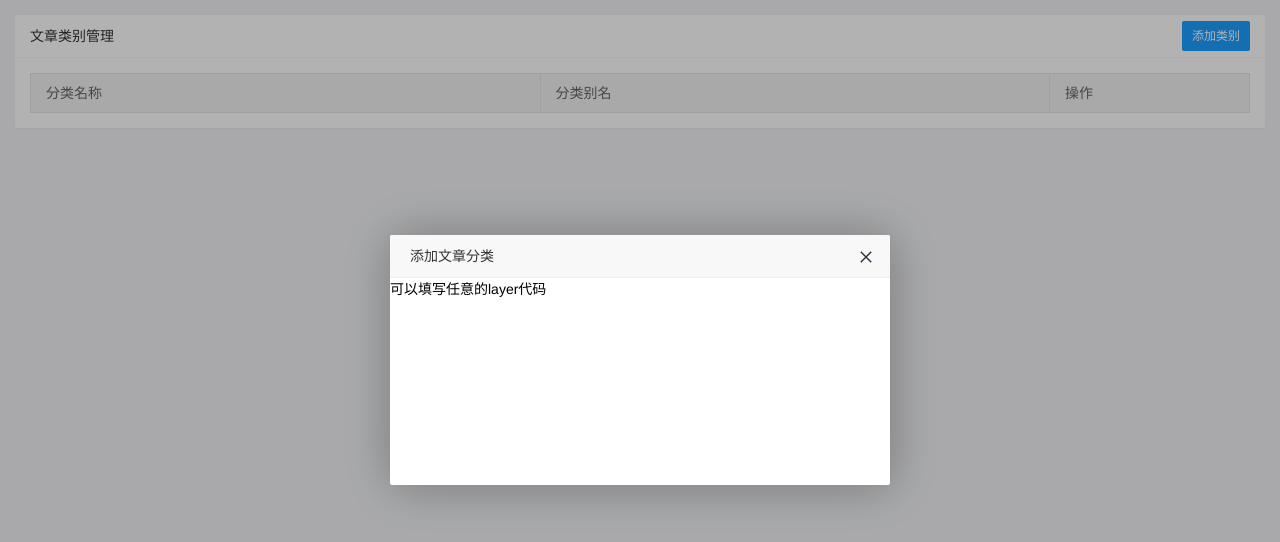
Repository: Janshen111/web_bigevent
Page: article/art_cate.html
The author's editor kept a copy of each file at every save. The page is drawn from the files as they stood at one save, then again after the next save.
The browser window is 1280 px wide. The pictures show the whole page.
After loading, the first visible `#btnAddCate` was clicked once.
The page's requests for data from a server got no answer.

Above is the page before, as saved 2022-09-01 14:53:49.
Console error: TypeError: Cannot read properties of undefined (reading 'status')

### article/art_cate.html
<!DOCTYPE html>
<html lang="en">

<head>
    <meta charset="UTF-8">
    <meta http-equiv="X-UA-Compatible" content="IE=edge">
    <meta name="viewport" content="width=device-width, initial-scale=1.0">
    <title>Document</title>
    <link rel="stylesheet" href="/assets/lib/layui/css/layui.css">
    <link rel="stylesheet" href="/assets/css/article/art_cate.css">
</head>

<body>
    <!-- 卡片面板 -->
    <div class="layui-card">
        <div class="layui-card-header">
            <span>文章类别管理</span>
            <button type="button" id="btnAddCate" class="layui-btn layui-btn-normal  layui-btn-sm">添加类别</button>
        </div>
        <div class="layui-card-body">
            <table class="layui-table">
                <!-- 调节宽度 前两个col 自适应 第三个col 200宽度 -->
                <colgroup>
                    <col>
                    <col>
                    <col width="200">
                </colgroup>
                <thead>
                    <tr>
                        <th>分类名称</th>
                        <th>分类别名</th>
                        <th>操作</th>
                    </tr>
                </thead>
                <tbody>
                    <!-- 删掉假数据 -->
                </tbody>
            </table>
        </div>
    </div>
    <!-- 表格数据的模板 -->
    <script type="text/html" id="tpl-table">
        {{each data}}
        <tr>
            <td>{{$value.name}}</td>
            <td>{{$value.alias}}</td>
            <td>
                <button type="button" class="layui-btn layui-btn-xs">编辑</button>
                <button type="button" class="layui-btn layui-btn-danger layui-btn-xs">删除</button>
            </td>
        </tr>
        {{/each}}
    </script>
    <script type="text/html" id="diolog-add">
        <h1>abckd</h1>
    </script>
    <!-- 导入laYui的JS文件 -->
    <script src="/assets/lib/layui/layui.all.js"></script>
    <!-- 导入jquery -->
    <script src="/assets/lib/jquery.js"></script>
    <!-- 导入自己封装的baseAPI -->
    <script src="/assets/js/baseAPI.js"></script>
    <!-- 导入模板引擎 -->
    <script src="/assets/lib/template-web.js"></script>
    <!-- 导入自己的js -->
    <script src="/assets/js/article/art_cate.js"></script>
</body>

</html>

### assets/css/article/art_cate.css
html,
body {
    margin: 0;
    padding: 0;
}

body {
    padding: 15px;
    background-color: #f2f3f5;
}

.layui-card-header {
    display: flex;
    justify-content: space-between;
    align-items: center;
}

### assets/js/baseAPI.js
//注意： 每次调用$.get() 或者$.post()的时候
//会调用 ajaxPrefilter这个函数
//在这个函数中，可以拿到我们给Ajax提供配置对象
$.ajaxPrefilter(function(options) {

    // 在发起真正的ajax请求之前，统一拼接请求的根路径
    options.url = 'http://www.liulongbin.top:3007' + options.url
        // console.log(options.url);

    // 统一为有权限的接口，配置headers请求头 '/my/' 才需要加headers请求头
    if (options.url.indexOf('/my/') !== -1) {

        options.headers = {
            // headers就是请求头配置对象

            Authorization: localStorage.getItem('token') || ''

        }
    }

    //全局统一挂载 complete 回调函数
    options.complete = function(res) {
        // complete: function(res) {
        //     console.log('执行了complete回调');
        //     console.log(res);
        //在 complete回调函数中 可以使用res.responseJSON拿到服务器响应回来的数据
        if (res.responseJSON.status === 1 && res.responseJSON.message === '身份认证失败！') {
            //1 强制清空 token
            localStorage.removeItem('token')
                //2 强制跳转到登录页面
            location.href = '/login.html'
        }
    }


})

### assets/js/article/art_cate.js
$(function() {
    var layer = layui.layer
    initArtCateList()
        //获取文章分类的列表
    function initArtCateList() {
        $.ajax({
            method: 'GET',
            url: '/my/article/cates',
            success: function(res) {
                // console.log(res);
                var htmlStr = template('tpl-table', res)
                $('tbody').html(htmlStr)
            }
        })
    }

    //为添加类别按钮添加绑定点击事件
    $('#btnAddCate').on('click', function() {
        layer.open({
            type: 1,
            area: ['500px', '250px'],
            title: '添加文章分类',
            content: '可以填写任意的layer代码'
        })
    })

})

Loaded but not shown: assets/lib/layui/css/layui.css (library); assets/lib/layui/layui.all.js (library); assets/lib/jquery.js (library); assets/lib/template-web.js (library); assets/lib/layui/css/modules/laydate/default/laydate.css (library); assets/lib/layui/css/modules/layer/default/layer.css (library); assets/lib/layui/css/modules/code.css (common file)

After the next save:
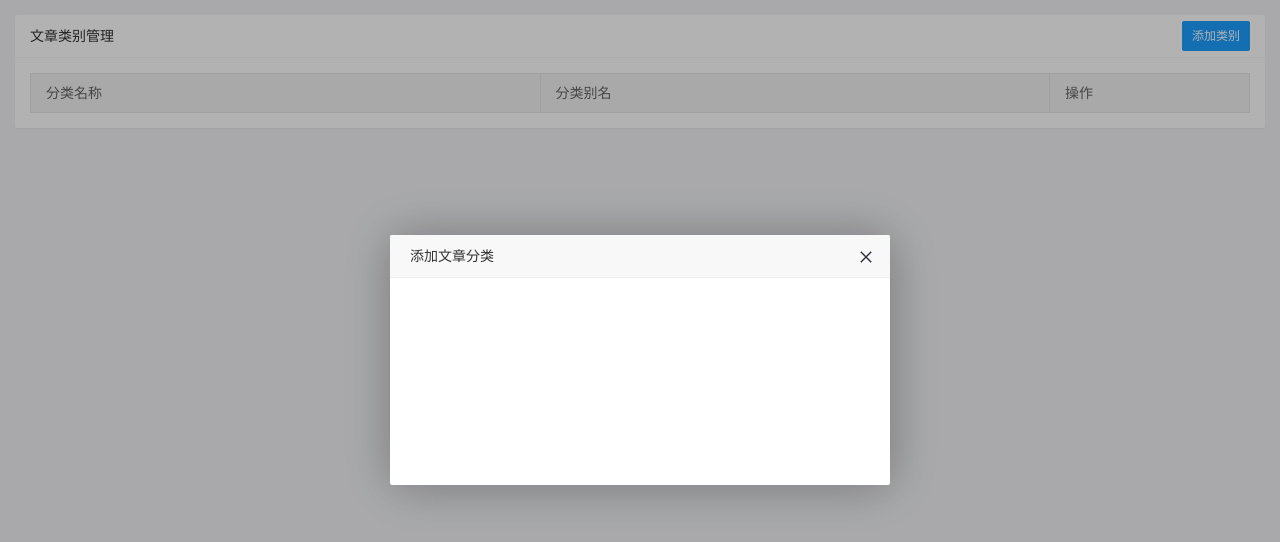
Saved 72 s later.
--- a/assets/js/article/art_cate.js
+++ b/assets/js/article/art_cate.js
@@ -20,7 +20,7 @@ $(function() {
             type: 1,
             area: ['500px', '250px'],
             title: '添加文章分类',
-            content: '可以填写任意的layer代码'
+            content: $('#dialog-add').html()
         })
     })
 
